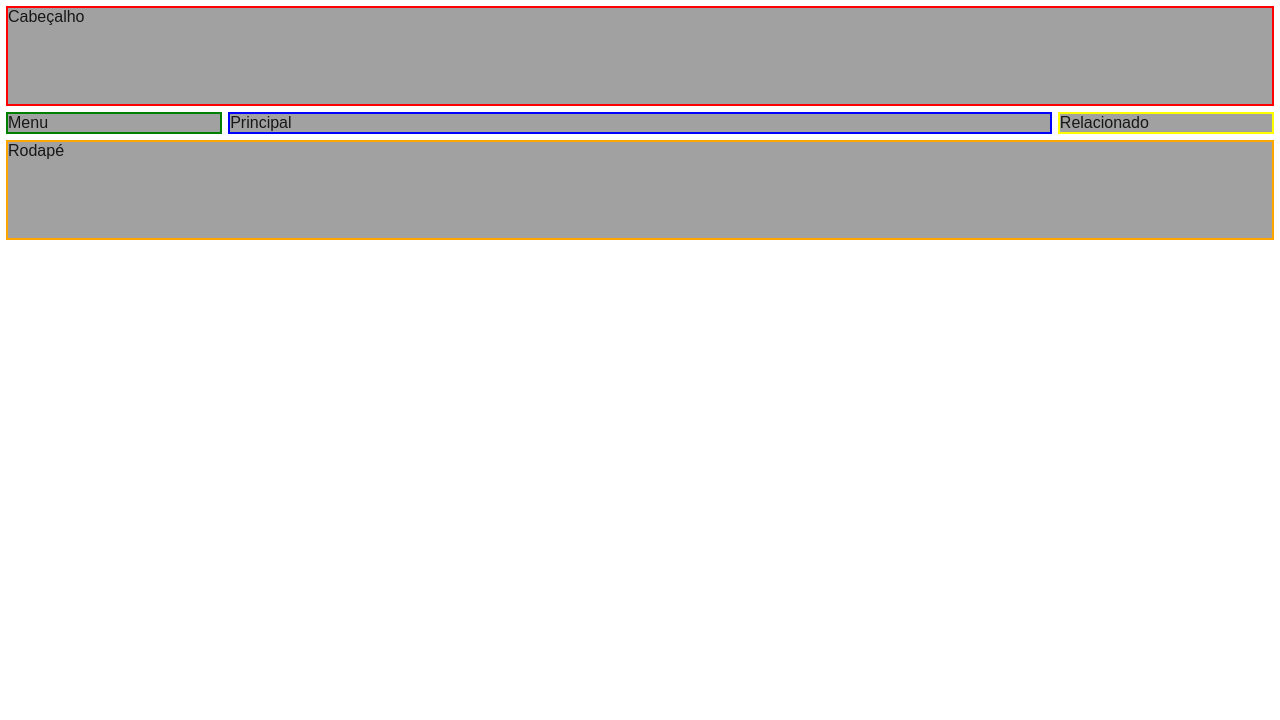
Repository: AleOi3/htmlTemplate
Page: /temp_one
These files come from the project's save history. The page is drawn as it stood at one moment and after the next save; the edit follows.
The browser window is 1280 px wide. The pictures show the whole page.
The project was rebuilt for these pictures with package versions that can differ from the ones it lists, and the page was loaded fresh each time. The framework's server and built-in components were replaced by stand-ins that run in the browser. Also part of the build but not shown: next.config.ts.

Above is the page before, as saved 2024-12-09 01:38:21.

### src/app/temp_one/page.tsx
"use client";

import styled from 'styled-components';
const TemplateOnePage = () => {
    let headerHeight = 100;
    let headerMargin = 3;
    let footerHeight = 100;
    let footerMargin = 3;
    let mainMargin = 3;
    let navWidth = 200;
    let navMargin = 3;
    let mainWidth = 500;
    let asideWidth = 200;
    let asideMargin = 3;
    let bodyMargin = 3;
    let firstWrapAisdeHeight = 100;
    let mainHeight = `calc(100vh - ${footerMargin * 2}px - ${headerMargin * 2}px - ${mainMargin * 2}px - ${bodyMargin * 2}px - ${footerHeight} - ${headerHeight})`;
    let firstWrapWidth = `${mainWidth + asideWidth + navWidth  + bodyMargin * 2 + asideMargin * 2 + mainMargin * 2 + navMargin * 2 }`;
    // let firstWrapWidth = `${mainWidth * 2} - ${asideWidth * 2} - ${navWidth * 2} - ${bodyMargin * 2}`;
    let firstWrapHeight = `calc(100vh - ${firstWrapAisdeHeight}px - ${headerHeight}px - ${footerHeight}px - ${footerMargin * 2}px - ${headerMargin * 2}px - ${mainMargin * 2}px - ${bodyMargin * 2}px - ${asideMargin * 2}px `;
    console.log("firstWrapWidth")
    console.log(firstWrapWidth)
    return <Container firstwrap={{
        maxWidth: firstWrapWidth,
        height: firstWrapHeight,
        asideHeight: firstWrapAisdeHeight,

    }}>
        <header style={{
            border: '2px solid red',
            margin: 3,
            display: 'flex',
            flex: '1 1 100vw',
            height: headerHeight,
            background: '#a1a1a1'
        }}>
            Cabeçalho
        </header>
        <nav style={{
            border: '2px solid green',
            margin: navMargin,
            display: 'flex',
            flex: `1 1 ${navWidth}px`,
            // flex: '1 1 200px',
            // height: mainHeight,
            background: '#a1a1a1'

        }}>Menu</nav>
        <main style={{
            border: '2px solid blue',
            margin: mainMargin,
            display: 'flex',
            flex: `20 1 ${mainWidth}px`,
            background: '#a1a1a1',
            height: mainHeight

        }}>Principal</main>
        <aside style={{
            border: '2px solid yellow',
            margin: mainMargin,
            display: 'flex',
            flex: `1 1 ${asideWidth}px`,
            background: '#a1a1a1'

        }}>Relacionado</aside>
        <footer style={{
            border: '2px solid orange',
            margin: 3,
            display: 'flex',
            flex: '1 1 100vw',
            height: footerHeight,
            background: '#a1a1a1'

        }}>Rodapé</footer>

    </Container>
}

interface CustomStyle {
    firstwrap: {
        maxWidth: string,
        height: string,
        asideHeight: number,

    };
}

let Container = styled.div<CustomStyle>`
    display: flex;
    flex-wrap: wrap;

    @media only screen and (max-width: ${props => props.firstwrap.maxWidth || 923}px){
        main {
            height: ${props => props.firstwrap.height || "calc(100vh-330px)"};
        }
        aside {
            flex: 1 1 100vw;
            height: ${props => props.firstwrap.asideHeight || "100"}px;
        }
    }
`

export default TemplateOnePage;

### src/app/globals.css
:root {
  --background: #ffffff;
  --foreground: #171717;
}

@media (prefers-color-scheme: dark) {
  :root {
    --background: #0a0a0a;
    --foreground: #ededed;
  }
}

html,
body {
  max-width: 100vw;
  overflow-x: hidden;
}

body {
  color: var(--foreground);
  background: var(--background);
  font-family: Arial, Helvetica, sans-serif;
  -webkit-font-smoothing: antialiased;
  -moz-osx-font-smoothing: grayscale;
  margin: 3px;
  flex: 1 1 100vw;
}

* {
  box-sizing: border-box;
  padding: 0;
  margin: 0;
}

a {
  color: inherit;
  text-decoration: none;
}

@media (prefers-color-scheme: dark) {
  html {
    color-scheme: dark;
  }
}

Loaded but not shown: src/app/layout.tsx (common file)

After the next save:
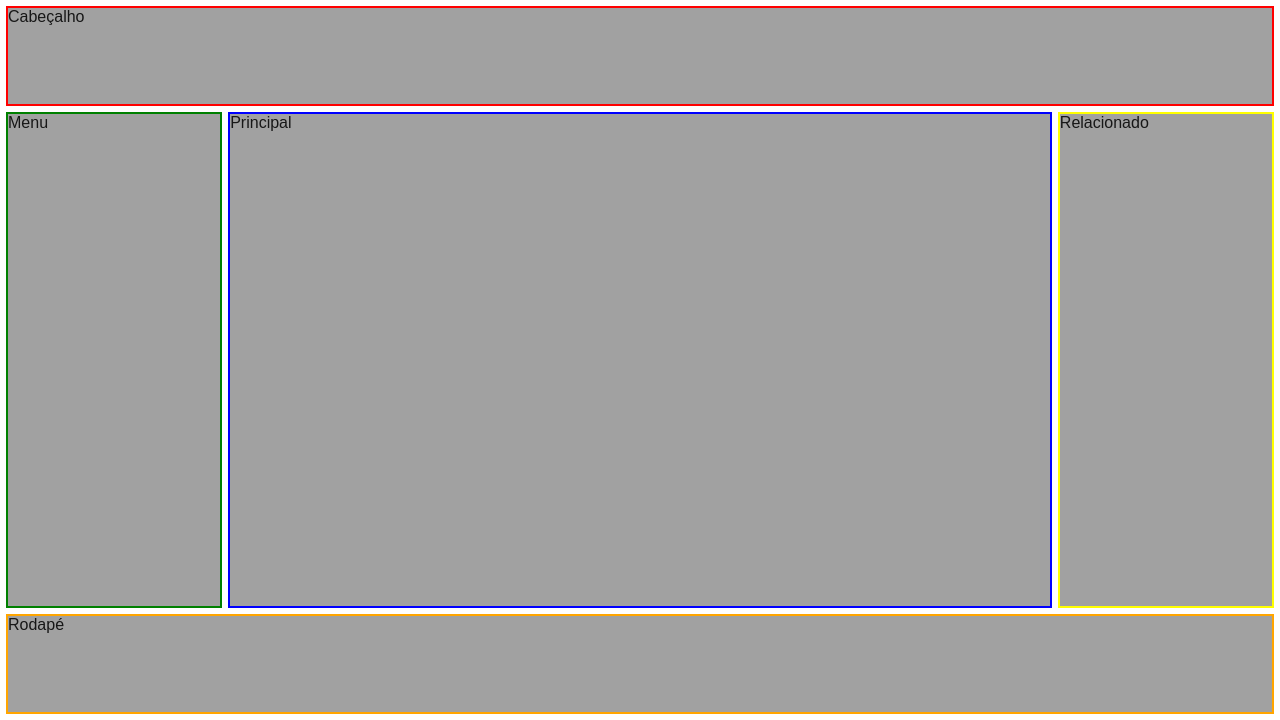
Saved 14 s later.
--- a/src/app/temp_one/page.tsx
+++ b/src/app/temp_one/page.tsx
@@ -14,7 +14,7 @@ const TemplateOnePage = () => {
     let asideMargin = 3;
     let bodyMargin = 3;
     let firstWrapAisdeHeight = 100;
-    let mainHeight = `calc(100vh - ${footerMargin * 2}px - ${headerMargin * 2}px - ${mainMargin * 2}px - ${bodyMargin * 2}px - ${footerHeight} - ${headerHeight})`;
+    let mainHeight = `calc(100vh - ${footerMargin * 2}px - ${headerMargin * 2}px - ${mainMargin * 2}px - ${bodyMargin * 2}px - ${footerHeight}px - ${headerHeight}px)`;
     let firstWrapWidth = `${mainWidth + asideWidth + navWidth  + bodyMargin * 2 + asideMargin * 2 + mainMargin * 2 + navMargin * 2 }`;
     // let firstWrapWidth = `${mainWidth * 2} - ${asideWidth * 2} - ${navWidth * 2} - ${bodyMargin * 2}`;
     let firstWrapHeight = `calc(100vh - ${firstWrapAisdeHeight}px - ${headerHeight}px - ${footerHeight}px - ${footerMargin * 2}px - ${headerMargin * 2}px - ${mainMargin * 2}px - ${bodyMargin * 2}px - ${asideMargin * 2}px `;
